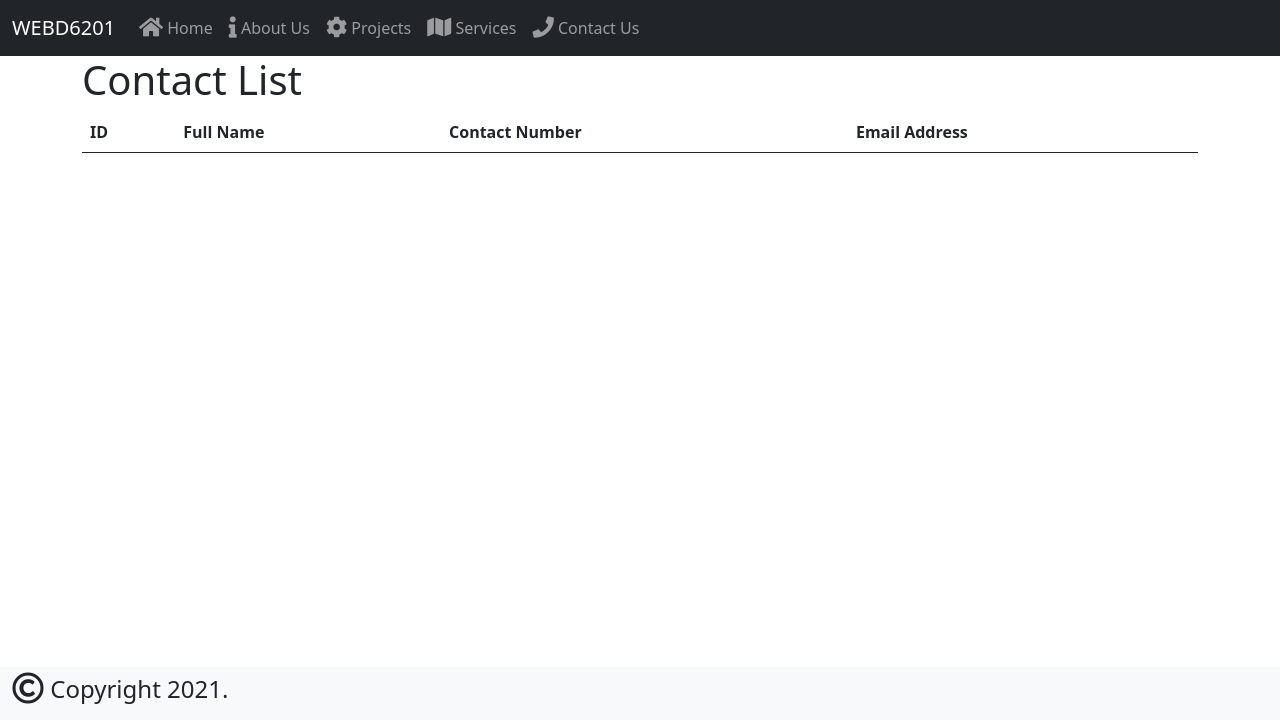
Repository: GarlicButterBoy/WEBD6201-ICE03
Page: contact-list.html
These files come from the project's save history. The page is drawn as it stood at one moment and after a run of saves; the edit follows.
The browser window is 1280 px wide. The pictures show the whole page.

Above is the page before, as saved 2021-02-04 09:28:50.

### contact-list.html
<!DOCTYPE html>
<html lang="en">
<head>
    <meta charset="UTF-8">
    <meta name="viewport" content="width=device-width, initial-scale=1.0">
    <title>Contact-List</title>
    <!-- CSS Section -->
    <link rel="stylesheet" href="./node_modules/bootstrap/dist/css/bootstrap.min.css">
    <link rel="stylesheet" href="./node_modules/@fortawesome/fontawesome-free/css/all.min.css">
    <link rel="stylesheet" href="./Content/app.css">
</head>
<body>
    <!-- Main Header -->
    <header>
        <!-- Main Navigation -->
        <nav class="navbar navbar-expand-lg navbar-dark bg-dark">
            <div class="container-fluid">
              <a class="navbar-brand" href="index.html">WEBD6201</a>
              <button class="navbar-toggler" type="button" data-bs-toggle="collapse" data-bs-target="#navbarSupportedContent" aria-controls="navbarSupportedContent" aria-expanded="false" aria-label="Toggle navigation">
                <span class="navbar-toggler-icon"></span>
              </button>
              <div class="collapse navbar-collapse" id="navbarSupportedContent">
                <ul class="navbar-nav me-auto mb-2 mb-lg-0">
                  <li class="nav-item">
                    <a class="nav-link" aria-current="page" href="index.html"><i class="fas fa-home fa-lg"></i> Home</a>
                  </li>

                  <li class="nav-item">
                    <a class="nav-link" aria-current="page" href="about.html"><i class="fas fa-info fa-lg"></i> About Us</a>
                  </li>

                  <li class="nav-item">
                    <a class="nav-link" aria-current="page" href="projects.html"><i class="fas fa-cog fa-lg"></i> Projects</a>
                  </li>

                  <li class="nav-item">
                    <a class="nav-link" aria-current="page" href="services.html"><i class="fas fa-map fa-lg"></i> Services</a>
                  </li>

                  <li class="nav-item">
                    <a class="nav-link" aria-current="page" href="contact.html"><i class="fas fa-phone fa-lg"></i> Contact Us</a>
                  </li>
                </ul>
              </div>
            </div>
          </nav>
    </header>

    <!-- Main Content -->
    <main class="container">
        <h1>Contact List</h1>

        <div class="row">
          <div class="col"><table class="table ">
            <thead>
              <tr>
                <th scope="col">ID</th>
                <th scope="col">Full Name</th>
                <th scope="col">Contact Number</th>
                <th scope="col">Email Address</th>
              </tr>
            </thead>
            <tbody id="contactList">
            </tbody>
          </table>
          </div>
        </div>
    </main>

    <!-- Main Footer -->
    <footer>
        <nav class="navbar fixed-bottom navbar-light bg-light">
            <div class="container-fluid">
              <h4><i class="far fa-copyright fa-lg"></i> Copyright 2021.</h4>
            </div>
          </nav>
    </footer>

    <!-- Script Section-->
    <script src="./node_modules/jquery/dist/jquery.min.js"></script>
    <script src="./node_modules/bootstrap/dist/js/bootstrap.bundle.min.js"></script>
    <script src="./Scripts/namespace.js"></script>
    <script src="./Scripts/contact.js"></script>
    <script src="./Scripts/app.js"></script>
</body>
</html>

### Scripts/namespace.js

//namespace core
let core;

### Scripts/contact.js
"use strict";

//Contact Class

(()=>{
    class Contact {

        //getters and setters
      get FullName()
      {
          return this.m_fullName;
      }
      get ContactNumber()
      {
          return this.m_conactNumber;
      }
      get EmailAddress()
      {
          return this.m_emailAddress;
      }
      set FullName(value)
      {
          this.m_fullName = value;
      }
      set ContactNumber(value)
      {
          this.m_conactNumber = value;
      }
      set EmailAddress(value)
      {
          this.m_emailAddress = value;
      }

        //Constructor
        /**
         * A Constructor for any Contact objects being instantiated
         * @param {string} fullName
         * @param {string} contactNumber
         * @param {string} emailAddress
         */
        constructor(fullName = "", contactNumber = "", emailAddress = "")
        {
            this.ContactNumber = contactNumber;
            this.EmailAddress = emailAddress;
            this.FullName = fullName;
        }



        //Methods
        /**
         * Overrides the toString method to print the Contact class
         * @returns {string}
         */
        toString()
        {
            return `Full Name: ${this.m_fullName}\nPhone: ${this.m_contactNumber}\nEmail: ${this.m_emailAddress}`;
        }

        /**
         * This method returns a JSON Object
         * @returns {Object}
         */
        toJSON()
        {
            return {
                "fullName":this.FullName,
                "contactNumber":this.ContactNumber,
                "emailAddress":this.EmailAddress
            }
        }
        /**
         * Method converts the Contact into a comma-seperated value string
         * @returns {String}
         */
        serialize()
        {
            if (this.FullName !== "" && this.ContactNumber !== "" && this.EmailAddress !== "")
            {
                return `${this.FullName},${this.ContactNumber},${this.EmailAddress}`;
            }
            else
            {
                console.error("Error: One of more of the Contact Properties are empty or null.");
                return null;
            }

        }
        /**
         * Method takes a comma-seperated data string and assigns the values to the contact class properties
         * @param {string} data
         * @returns {void}
         */
        deserialize(data)
        {
            let propertyArray = data.split(",");
            this.FullName = propertyArray[0];
            this.ContactNumber = propertyArray[1];
            this.EmailAddress = propertyArray[2];
        }

    }

core.Contact = Contact;

})(core || (core={}));

### Scripts/app.js
/* custom JavaScript goes here */

//IIFE - Immediately Invoked Function Expression
//AKA - Anonymous Self-Executing Function
//Closure - limits scope leak

"use strict";
/* Example of a class being created with brand new functions
let myContact =
{
  "firstName":"Nick SF",
  "contactNumber":"905-123-4567",
  "emailAddress":"email@test.com",
  "saysHello":function() { console.log(`${fullName} says Hello!`); },
  "someOtherObject":{  "friendsList":["Tony", "Stephen", "Peter"]  }

};*/

((core) =>
{
    function displayHome()
    {
/*
      $("button").on("mouseover", function(){
        console.log("JQuery Click");
      });

      let myButton = document.querySelectorAll("button")[1];
      myButton.addEventListener("click", () => {
        console.log("Button Clicked!");
      });
*/
      //console.log(myButton);

        let paragraphOneText =
          "This is a simple site to demonstrate DOM Manipulation for ICE 1";

        let paragraphOneElement = document.getElementById("paragraphOne");

        paragraphOneElement.textContent = paragraphOneText;
        paragraphOneElement.className = "fs-5";

        // Step 1. document.createElement
        let newParagraph = document.createElement("p");
        // Step 2. configure the element
        newParagraph.setAttribute("id", "paragraphTwo");
        newParagraph.textContent = "...And this is paragraph two";
        // Step 3. select the parent element
        let mainContent = document.getElementsByTagName("main")[0];
        // Step 4. Add / Insert the element
        mainContent.appendChild(newParagraph);

        newParagraph.className = "fs-6";

        // another way of injecting content
        let paragraphDiv = document.createElement("div");
        let paragraphThree = `<p id="paragraphThree" class="fs-7 fw-bold">And this is the Third Paragraph</p>`;
        paragraphDiv.innerHTML = paragraphThree;

        // insertions

        // example of inserting before a node
        //newParagraph.before(paragraphDiv);

        // example of inserting after a node
        newParagraph.after(paragraphDiv);

        // deletions

        // example of removing a single element
        //paragraphOneElement.remove();

        // example of removeChild
        mainContent.removeChild(paragraphOneElement);

        // update / modification
        //mainContent.firstElementChild.textContent = "Welcome Home!";

        mainContent.innerHTML = `<h1 id="firstHeading">Welcome to WEBD6201 - Lab 1</h1>
         <p id="paragraphOne" class="fs-3 fw-bold">This is my first Paragraph</p>
        `;

    }

    function displayAbout()
    {

    }

    function displayProjects()
    {

    }

    function displayServices()
    {

    }

    function displayContact()
    {
        //This is the same as below
        let messageArea = $("#messageArea").hide();
        //Same as this
        //let messageArea = document.getElementById("messageArea");
        //messageArea.hidden = true;

        // form validation
        $("#fullName").on("blur", function()
        {
          if($(this).val().length < 2)
            {
                //JQuery example of the lines below
                $(this).trigger("focus").trigger("select");
                messageArea.show().addClass("alert alert-danger").text("Please enter an appropriate name");
                //fullName.focus();
                //fullName.select();
                //messageArea.hidden = false;
                //messageArea.className = "alert alert-danger";
                //messageArea.textContent = "Please enter an appropriate Name";
            }
            else
            {
                //JQuery example of the line below
                messageArea.removeAttr("class").hide();
                //messageArea.hidden = true;
                //messageArea.removeAttribute("class");
            }
        });
        //let fullName = document.getElementById("fullName");
        //fullName.addEventListener("blur", function() {});

        $("#sendButton").on("click", ()=>
        {
          if ($("#subscribeCheckbox")[0].checked)
          {
            let contact = new core.Contact(fullName.value, contactNumber.value, emailAddress.value);
            if(contact.serialize()) //checking if the serialized object exists
            {
              localStorage.setItem((localStorage.length + 1).toString(), contact.serialize());
            }
          }
        });

        //let sendButton = document.getElementById("sendButton");
        //sendButton.addEventListener("click", function(event){

            //event.preventDefault();
            //console.log(contact.serialize());
            //fullName.value = "";
            //contactNumber.value = "";
            //emailAddress.value = "";
        //});
    }
    function displayContactList()
    {

      if(localStorage.length > 0)
      {
        let contactList = document.getElementById("contactList");

        let data = "";

        for (let index = 0; index < localStorage.length; index++)
        {
          let contactData = localStorage.getItem((index + 1).toString());

          console.log(contactData);

          let contact = new core.Contact();
          contact.deserialize(contactData);

          data += `<tr>
                  <th scope="row">${index + 1}</th>
                  <td>${contact.FullName}</td>
                  <td>${contact.ContactNumber}</td>
                  <td>${contact.EmailAddress}</td>
                  </tr>`;
        }

        contactList.innerHTML = data;
      }


    }

    function Start()
    {
        console.log("App Started...");

        switch (document.title)
        {
          case "Home":
              displayHome();
            break;
          case "About":
              displayAbout();
            break;
          case "Projects":
              displayProjects();
            break;
          case "Services":
              displayServices();
            break;
          case "Contact":
              displayContact();
            break;
          case "Contact-List":
              displayContactList();
            break;
        }

    }

    window.addEventListener("load", Start);

    core.Start = Start;


})  (core || (core={}));

Loaded but not shown: node_modules/bootstrap/dist/css/bootstrap.min.css (library); node_modules/@fortawesome/fontawesome-free/css/all.min.css (library); Content/app.css (common file); node_modules/jquery/dist/jquery.min.js (library); node_modules/bootstrap/dist/js/bootstrap.bundle.min.js (library)

After the next 3 saves:
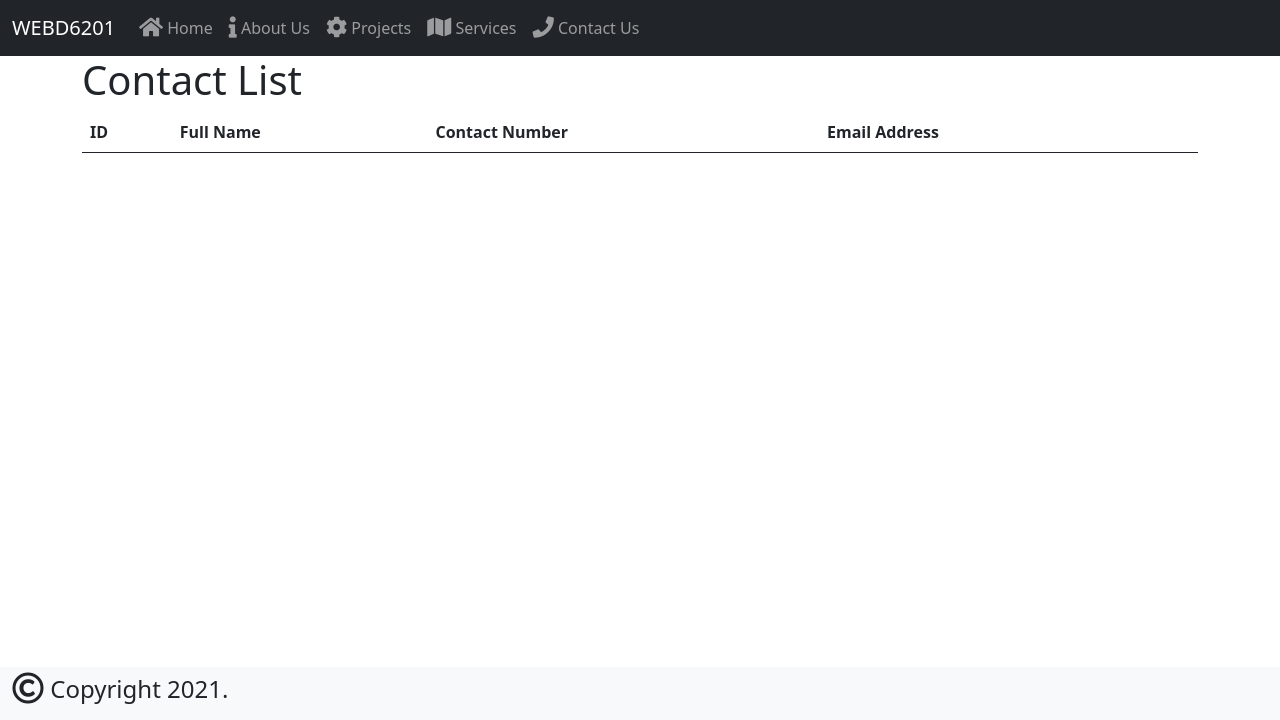
The 3 saves are shown as one change because they came seconds apart.
The last was saved 3 min 52 s later.
--- a/contact-list.html
+++ b/contact-list.html
@@ -58,6 +58,7 @@
                 <th scope="col">Full Name</th>
                 <th scope="col">Contact Number</th>
                 <th scope="col">Email Address</th>
+                <th></th>
               </tr>
             </thead>
             <tbody id="contactList">
